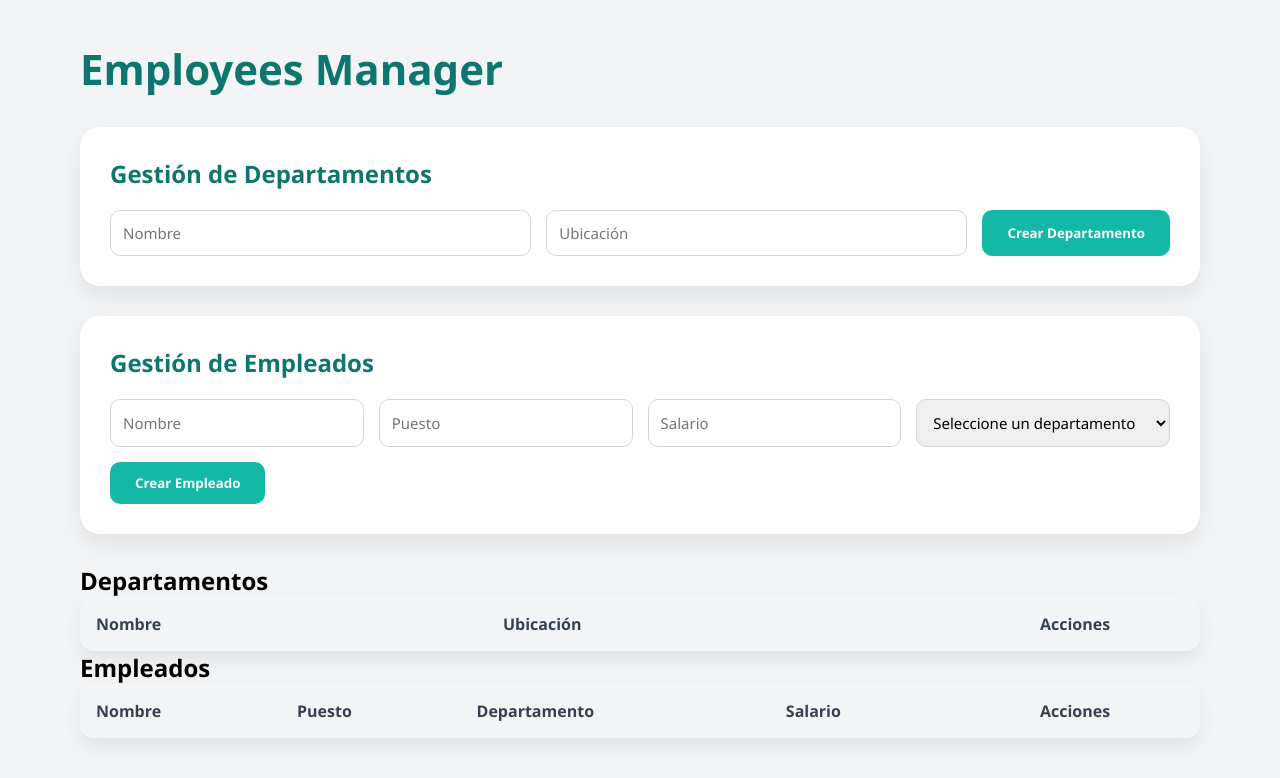
Repository: AnaSofiaRosero/parcial-4
Page: /
The author's editor kept a copy of each file at every save. The page is drawn from the files as they stood at one save, then again after a run of saves.
The browser window is 1280 px wide. The pictures show the whole page.
The project was rebuilt for these pictures with package versions that can differ from the ones it lists, and the page was loaded fresh each time. Also part of the build but not shown: vite.config.ts, src/index.css.

Above is the page before, as saved 2026-06-02 14:12:07.
Console error: TypeError: Cannot read properties of undefined (reading 'from')

### index.html
<!doctype html>
<html lang="en">
  <head>
    <meta charset="UTF-8" />
    <link rel="icon" type="image/svg+xml" href="/favicon.svg" />
    <meta name="viewport" content="width=device-width, initial-scale=1.0" />
    <title>employees-manager</title>
  </head>
  <body>
    <div id="root"></div>
    <script type="module" src="/src/main.tsx"></script>
  </body>
</html>

### src/App.tsx
import { useEffect, useState } from "react";
import { supabase } from "./supabaseClient";
import type { Departamento, Empleado } from "./types";
import "./App.css";


function App() {
  const [departamentos, setDepartamentos] = useState<Departamento[]>([]);
  const [empleados, setEmpleados] = useState<Empleado[]>([]);

  const [editandoDepartamento, setEditandoDepartamento] = useState<string | null>(null);
  const [editandoEmpleado, setEditandoEmpleado] = useState<string | null>(null);

  // Departamento
  const [nombre, setNombre] = useState("");
  const [ubicacion, setUbicacion] = useState("");

  // Empleado
  const [nombreEmpleado, setNombreEmpleado] = useState("");
  const [puesto, setPuesto] = useState("");
  const [salario, setSalario] = useState("");
  const [departamentoId, setDepartamentoId] = useState("");

  useEffect(() => {
    cargarDepartamentos();
    cargarEmpleados();
  }, []);

  const cargarDepartamentos = async () => {
    const { data, error } = await supabase
      .from("departamentos")
      .select("*");

    if (error) {
      console.log(error);
      return;
    }

    setDepartamentos(data || []);
  };

  const cargarEmpleados = async () => {
    const { data, error } = await supabase
      .from("empleados")
      .select("*");

    if (error) {
      console.log(error);
      return;
    }

    setEmpleados(data || []);
  };

  const crearDepartamento = async () => {
    if (!nombre.trim()) {
      alert("El nombre del departamento es obligatorio");
      return;
    }

    const { error } = await supabase
      .from("departamentos")
      .insert([
        {
          nombre,
          ubicacion,
        },
      ]);

    if (error) {
      console.log(error);
      return;
    }

    setNombre("");
    setUbicacion("");

    cargarDepartamentos();
  };

  const guardarDepartamento = async () => {
    if (!editandoDepartamento) return;

    const { error } = await supabase
      .from("departamentos")
      .update({
        nombre,
        ubicacion,
      })
      .eq("id", editandoDepartamento);

    if (error) {
      console.log(error);
      return;
    }

    setNombre("");
    setUbicacion("");
    setEditandoDepartamento(null);

    cargarDepartamentos();
  };

  const editarDepartamento = (departamento: Departamento) => {
    setEditandoDepartamento(departamento.id);
    setNombre(departamento.nombre);
    setUbicacion(departamento.ubicacion);
  };

  const crearEmpleado = async () => {
    if (
      !nombreEmpleado.trim() ||
      !puesto.trim() ||
      !salario ||
      !departamentoId
    ) {
      alert("Complete todos los campos");
      return;
    }

    const { error } = await supabase
      .from("empleados")
      .insert([
        {
          nombre: nombreEmpleado,
          puesto,
          salario: Number(salario),
          departamento_id: departamentoId,
        },
      ]);

    if (error) {
      console.log(error);
      return;
    }

    setNombreEmpleado("");
    setPuesto("");
    setSalario("");
    setDepartamentoId("");

    cargarEmpleados();
  };

  const guardarEmpleado = async () => {
    if (!editandoEmpleado) return;

    const { error } = await supabase
      .from("empleados")
      .update({
        nombre: nombreEmpleado,
        puesto,
        salario: Number(salario),
        departamento_id: departamentoId,
      })
      .eq("id", editandoEmpleado);

    if (error) {
      console.log(error);
      return;
    }

    setNombreEmpleado("");
    setPuesto("");
    setSalario("");
    setDepartamentoId("");
    setEditandoEmpleado(null);

    cargarEmpleados();
  };

  const editarEmpleado = (empleado: Empleado) => {
    setEditandoEmpleado(empleado.id);

    setNombreEmpleado(empleado.nombre);
    setPuesto(empleado.puesto);
    setSalario(String(empleado.salario));
    setDepartamentoId(empleado.departamento_id);
  };

  const eliminarEmpleado = async (id: string) => {
    const { error } = await supabase
      .from("empleados")
      .delete()
      .eq("id", id);

    if (error) {
      console.log(error);
      return;
    }

    cargarEmpleados();
  };

  const eliminarDepartamento = async (id: string) => {
    const { error } = await supabase
      .from("departamentos")
      .delete()
      .eq("id", id);

    if (error) {
      console.log(error);
      alert(
        "No puedes eliminar un departamento que tenga empleados asociados"
      );
      return;
    }

    cargarDepartamentos();
  };

  return (
    <div className="container">
      <h1 className="title">Employees Manager</h1>

      <div className="section">
        <h2>Gestión de Departamentos</h2>

        <div className="form">

          <input
            type="text"
            placeholder="Nombre"
            value={nombre}
            onChange={(e) => setNombre(e.target.value)}
          />

          <input
            type="text"
            placeholder="Ubicación"
            value={ubicacion}
            onChange={(e) => setUbicacion(e.target.value)}
          />

          {editandoDepartamento ? (
            <button
              className="primary-btn"
              onClick={guardarDepartamento}
            >
              Guardar Cambios
            </button>
          ) : (
            <button
              className="primary-btn"
              onClick={crearDepartamento}
            >
              Crear Departamento
            </button>
          )}

        </div>
      </div>

      <div className="section">
        <h2>Gestión de Empleados</h2>

        <div className="form">

          <input
            type="text"
            placeholder="Nombre"
            value={nombreEmpleado}
            onChange={(e) => setNombreEmpleado(e.target.value)}
          />

          <input
            type="text"
            placeholder="Puesto"
            value={puesto}
            onChange={(e) => setPuesto(e.target.value)}
          />

          <input
            type="number"
            placeholder="Salario"
            value={salario}
            onChange={(e) => setSalario(e.target.value)}
          />

          <select
            value={departamentoId}
            onChange={(e) => setDepartamentoId(e.target.value)}
          >
            <option value="">
              Seleccione un departamento
            </option>

            {departamentos.map((departamento) => (
              <option
                key={departamento.id}
                value={departamento.id}
              >
                {departamento.nombre}
              </option>
            ))}
          </select>

          {editandoEmpleado ? (
            <button
              className="primary-btn"
              onClick={guardarEmpleado}
            >
              Guardar Cambios
            </button>
          ) : (
            <button
              className="primary-btn"
              onClick={crearEmpleado}
            >
              Crear Empleado
            </button>
          )}

        </div>
      </div>

      <h2>Departamentos</h2>

      <table className="table">
        <thead>
          <tr>
            <th>Nombre</th>
            <th>Ubicación</th>
            <th>Acciones</th>
          </tr>
        </thead>

        <tbody>
          {departamentos.map((departamento) => (
            <tr key={departamento.id}>
              <td>{departamento.nombre}</td>
              <td>{departamento.ubicacion}</td>

              <td>
                <button
                  className="edit-btn"
                  onClick={() => editarDepartamento(departamento)}
                >
                  Editar
                </button>

                <button
                  className="delete-btn"
                  onClick={() => {
                    if (
                      window.confirm(
                        "¿Seguro que deseas eliminar este departamento?"
                      )
                    ) {
                      eliminarDepartamento(departamento.id);
                    }
                  }}
                >
                  Eliminar
                </button>
              </td>
            </tr>
          ))}
        </tbody>
      </table>

      <h2>Empleados</h2>

      <table className="table">
        <thead>
          <tr>
            <th>Nombre</th>
            <th>Puesto</th>
            <th>Departamento</th>
            <th>Salario</th>
            <th>Acciones</th>
          </tr>
        </thead>

        <tbody>
          {empleados.map((empleado) => {
            const departamento = departamentos.find(
              (d) => d.id === empleado.departamento_id
            );

            return (
              <tr key={empleado.id}>
                <td>{empleado.nombre}</td>

                <td>{empleado.puesto}</td>

                <td>
                  {departamento?.nombre ||
                    "Sin departamento"}
                </td>

                <td>
                  $
                  {empleado.salario.toLocaleString()}
                </td>

                <td>
                  <button
                    className="edit-btn"
                    onClick={() =>
                      editarEmpleado(empleado)
                    }
                  >
                    Editar
                  </button>

                  <button
                    className="delete-btn"
                    onClick={() => {
                      if (
                        window.confirm(
                          "¿Seguro que deseas eliminar este empleado?"
                        )
                      ) {
                        eliminarEmpleado(
                          empleado.id
                        );
                      }
                    }}
                  >
                    Eliminar
                  </button>
                </td>
              </tr>
            );
          })}
        </tbody>
      </table>
    </div>
  );
}
export default App;

### src/App.css
*{
  margin:0;
  padding:0;
  box-sizing:border-box;
  font-family:'Segoe UI', Tahoma, Geneva, Verdana, sans-serif;
}

body{
  background:#f3f4f6;
}

#root{
  min-height:100vh;
}

.container{
  max-width:1200px;
  margin:auto;
  padding:40px;
}

.title{
  color:#0f766e;
  font-size:42px;
  margin-bottom:30px;
}

.section{
  background:white;
  padding:30px;
  border-radius:20px;
  box-shadow:0 10px 25px rgba(0,0,0,.08);
  margin-bottom:30px;
}

.section h2{
  color:#0f766e;
  margin-bottom:20px;
}

.form{
  display:flex;
  flex-wrap:wrap;
  gap:15px;
}

.form input,
.form select{
  flex:1;
  min-width:220px;
  padding:12px;
  border:1px solid #d1d5db;
  border-radius:10px;
  outline:none;
  font-size:15px;
}

.form input:focus,
.form select:focus{
  border-color:#14b8a6;
}

.primary-btn{
  background:#14b8a6;
  color:white;
  border:none;
  border-radius:10px;
  padding:12px 25px;
  cursor:pointer;
  font-weight:600;
  transition:.3s;
}

.primary-btn:hover{
  background:#0f766e;
}

.table-container{
  background:white;
  border-radius:20px;
  overflow:hidden;
  box-shadow:0 10px 25px rgba(0,0,0,.08);
}

table{
  width:100%;
  border-collapse:collapse;
}

thead{
  background:#ecfeff;
}

th{
  padding:15px;
  text-align:left;
  color:#0f766e;
}

td{
  padding:15px;
  border-top:1px solid #e5e7eb;
}

.action-buttons{
  display:flex;
  gap:10px;
}

.edit-btn{
  background:#06b6d4;
  color:white;
  border:none;
  padding:8px 14px;
  border-radius:8px;
  cursor:pointer;
}

.delete-btn{
  background:#ef4444;
  color:white;
  border:none;
  padding:8px 14px;
  border-radius:8px;
  cursor:pointer;
}

.edit-btn:hover{
  background:#0891b2;
}

.delete-btn:hover{
  background:#dc2626;
}

.edit-btn,
.delete-btn{
  border:none;
  padding:10px 18px;
  border-radius:8px;
  cursor:pointer;
  color:white;
  font-weight:600;
  transition:.2s;
}

.edit-btn{
  background:#06b6d4;
}

.edit-btn:hover{
  transform:translateY(-2px);
}

.delete-btn{
  background:#ef4444;
}

.delete-btn:hover{
  transform:translateY(-2px);
}

.home{
  min-height:100vh;
  display:flex;
  flex-direction:column;
  justify-content:center;
  align-items:center;
  background:#f3f4f6;
}

.home-title{
  font-size:48px;
  color:#0f766e;
  margin-bottom:60px;
}

.cards{
  display:flex;
  gap:40px;
}

.card{
  width:300px;
  height:220px;
  background:white;
  border-radius:25px;
  box-shadow:0 15px 35px rgba(0,0,0,.1);

  display:flex;
  flex-direction:column;
  justify-content:center;
  align-items:center;

  cursor:pointer;
  transition:.3s;
}

.card:hover{
  transform:translateY(-10px);
}

.card span{
  font-size:70px;
  margin-bottom:20px;
}

.card h2{
  color:#0f766e;
}

.back-btn{
  background:#0f766e;
  color:white;
  border:none;
  padding:10px 20px;
  border-radius:10px;
  cursor:pointer;
  margin-bottom:20px;
}

.modal-overlay{
  position:fixed;
  inset:0;
  background:rgba(0,0,0,.5);

  display:flex;
  justify-content:center;
  align-items:center;

  z-index:999;
}

.modal{
  background:white;
  width:500px;
  padding:30px;
  border-radius:20px;
  box-shadow:0 15px 30px rgba(0,0,0,.2);
}

.modal h2{
  color:#0f766e;
  margin-bottom:20px;
}

.modal-buttons{
  display:flex;
  justify-content:flex-end;
  gap:15px;
  margin-top:20px;
}

.cancel-btn{
  background:#d1d5db;
  border:none;
  padding:10px 20px;
  border-radius:10px;
  cursor:pointer;
}

.save-btn{
  background:#14b8a6;
  color:white;
  border:none;
  padding:10px 20px;
  border-radius:10px;
  cursor:pointer;
}

.table{
  width:100%;
  border-collapse:collapse;
  background:white;
  border-radius:15px;
  overflow:hidden;
  box-shadow:0 8px 20px rgba(0,0,0,.08);
}

.table th{
  background:#f3f4f6;
  padding:16px;
  text-align:left;
  color:#374151;
}

.table td{
  padding:16px;
  border-top:1px solid #e5e7eb;
}

.table tr:hover{
  background:#f9fafb;
}

.table td:last-child,
.table th:last-child{
  width: 250px;
  text-align: center;
}

.table td:last-child{
  display:flex;
  justify-content:center;
  gap:12px;
}

Loaded but not shown: src/main.tsx (common file); src/supabaseClient.ts (no stored copy; drawn as an empty file)

After the next 3 saves:
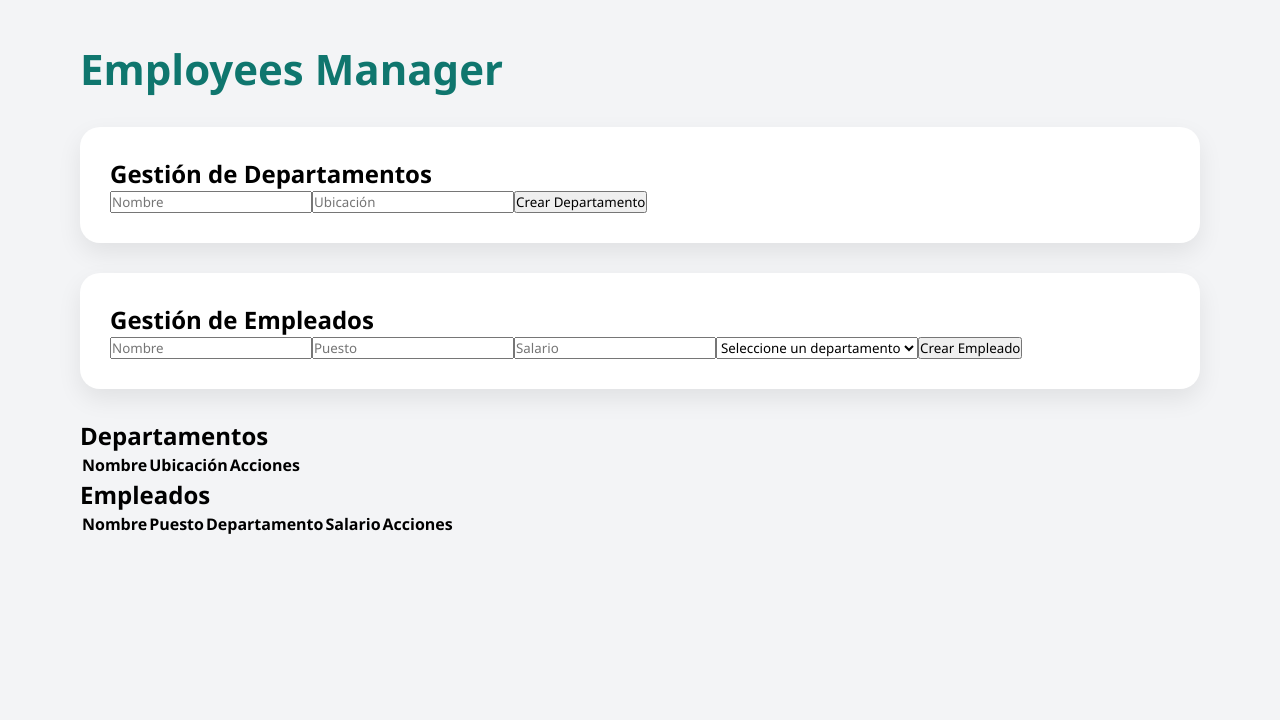
The 3 saves are shown as one change because they came seconds apart.
The last was saved 38 s later.
--- a/src/App.css
+++ b/src/App.css
@@ -34,8 +34,9 @@ body{
 }
 
 .section h2{
-  color:#0f766e;
-  margin-bottom:20px;
+h2{
+  margin:40px 0 20px;
+  color:#0f766e;
 }
 
 .form{
